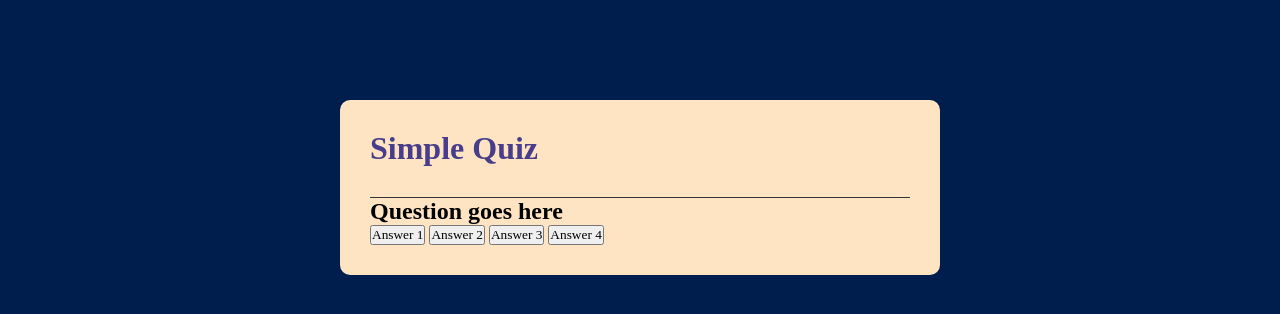
Repository: supriya123yadav/Quiz-project
Page: index.html
These files come from the project's save history. The page is drawn as it stood at one moment and after the next save; the edit follows.
The browser window is 1280 px wide. The pictures show the whole page.

Above is the page before, as saved 2024-07-07 00:05:53.

### index.html
<!DOCTYPE html>
<html lang="en">
<head>
    <meta charset="UTF-8">
    <meta name="viewport" content="width=device-width, initial-scale=1.0">
    <title>Quiz App - Easy Tutorials</title>
    <link rel="stylesheet" href="style.css">
</head>
<body>
    <div class="app">
        <h1>Simple Quiz</h1>
        <div class="quiz">
            <h2 id="question">Question goes here</h2>
            <div id="answer-buttons">
                <button class="btn">Answer 1</button>
                <button class="btn">Answer 2</button>
                <button class="btn">Answer 3</button>
                <button class="btn">Answer 4</button>


            </div>

        </div>

    </div>

</body>
</html>

### style.css
* {
    margin: 0px;
    padding: 0px;
    font-family: serif;
    box-sizing: border-box;

}
body{
    background: #001e4d;
}
.app{
    background:bisque;
    width: 90%;
    max-width: 600px;
    margin: 100px auto 0;
    border-radius: 10px;
    padding: 30px;

}
.app h1{
   font-weight: 25px;
   color: darkslateblue;
   font-weight: 600px;
   border-bottom: 1px solid #333;
   padding-bottom: 30px;

After the next save:
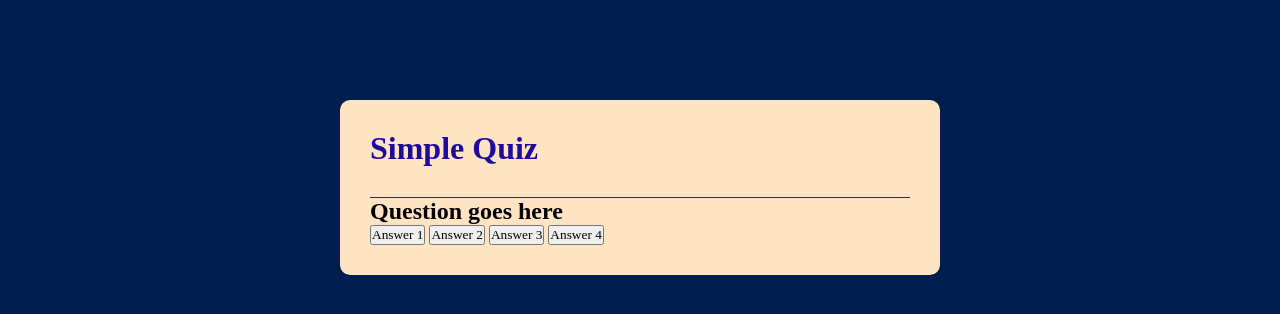
Saved 27 s later.
--- a/style.css
+++ b/style.css
@@ -19,7 +19,7 @@
 }
 .app h1{
    font-weight: 25px;
-   color: darkslateblue;
+   color: rgb(30, 11, 157);
    font-weight: 600px;
    border-bottom: 1px solid #333;
    padding-bottom: 30px;
